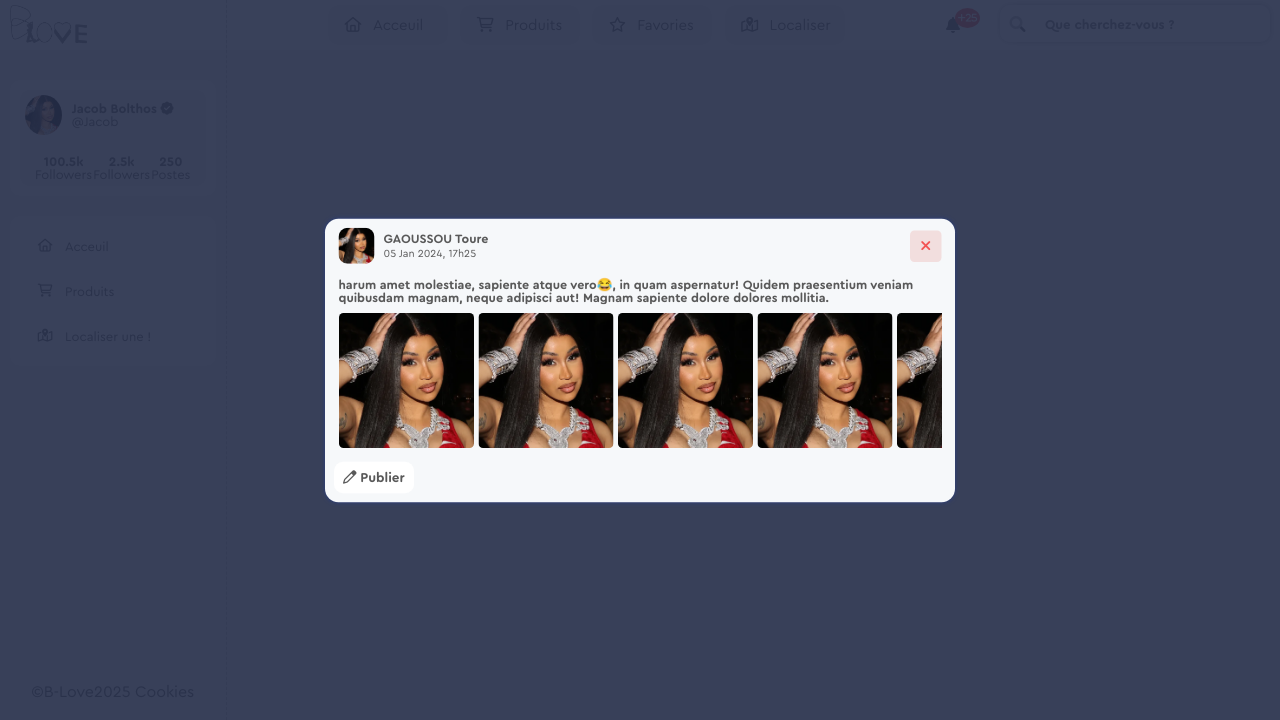
Repository: moomoony-log/b-love
Page: /home
The author's editor kept a copy of each file at every save. The page is drawn from the files as they stood at one save, then again after the next save.
The browser window is 1280 px wide. The pictures show the whole page.
Pictures or frames that could not be fetched are drawn as grey boxes. The project was rebuilt for these pictures with package versions that can differ from the ones it lists, and the page was loaded fresh each time. Also part of the build but not shown: vite.config.ts, src/rules/legacy.tsx, src/rules/privacy.tsx, src/components/basic/notification.tsx, src/view/auth.tsx, src/view/main/acceuil.tsx, src/view/main/dashbord.tsx, src/view/main/info-account.tsx and 3 more.

Above is the page before, as saved 2025-10-15 15:09:43.

After the next save:
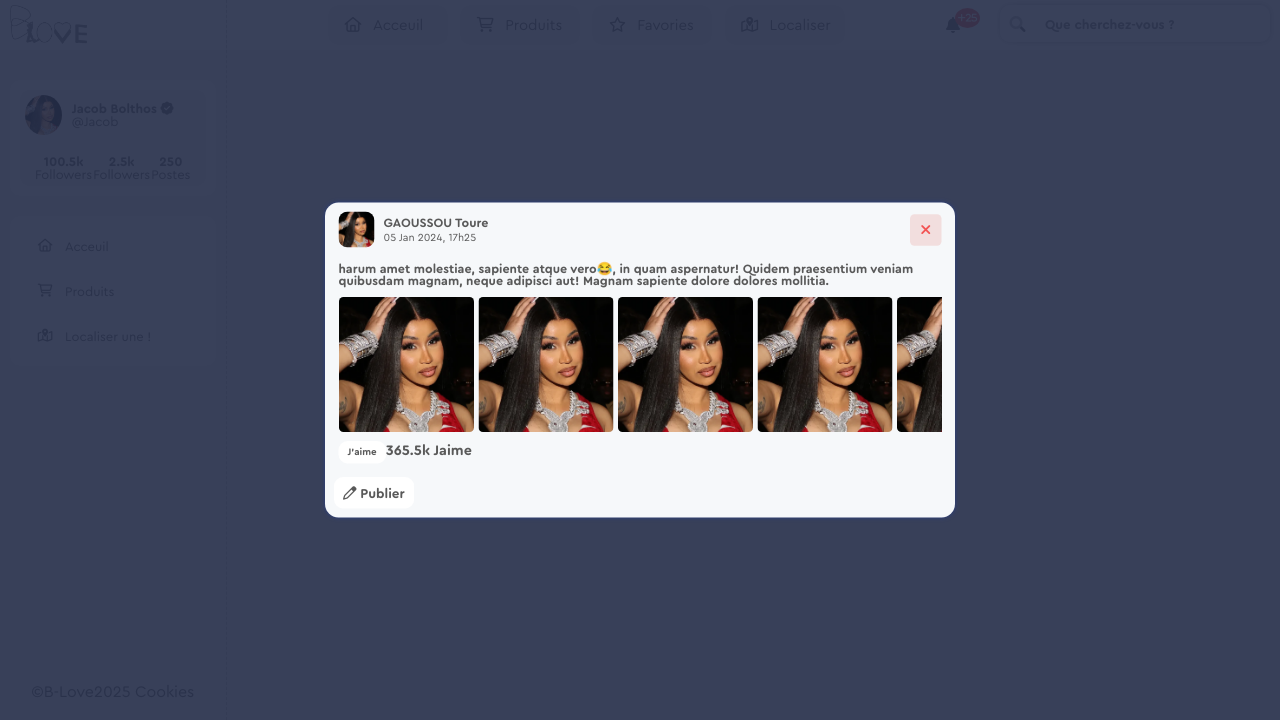
Saved 4 min 1 s later.
--- a/src/components/basic/modals/pubItem.tsx
+++ b/src/components/basic/modals/pubItem.tsx
@@ -1,4 +1,6 @@
 // --> Item Publication Modal
+
+import Button from "../button"
 
 const ItemPub = () => {
     return(
@@ -28,6 +30,10 @@ const ItemPub = () => {
                             <div className="cont-account-img" data-name="pub-item-img"><video src="../videos/Standard_Mode_Le_b_b__sirote_son_champagne_en_.mp4" ></video></div>
                             <div className="cont-account-img" data-name="pub-item-img"><video src="../videos/Standard_Mode_Le_b_b__sirote_son_champagne_en_.mp4" ></video></div>
                         </div>
+                        <div className="pub-info">
+                            <Button children={false} to={false} type="button" name="J'aime" small="small-3"  />
+                            <span className="like">365.5k Jaime</span>
+                        </div>
 
                     </div>
                     <div className="controler">
